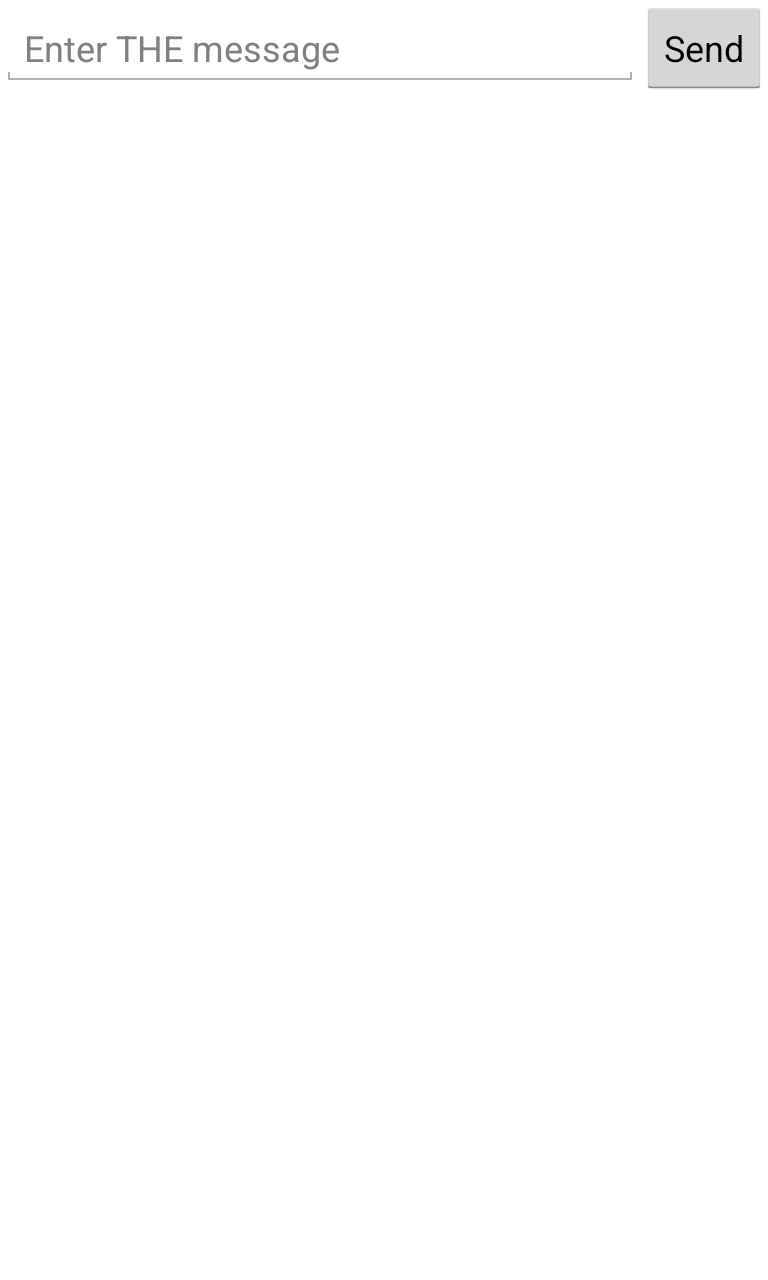
Repository: TabTabTab/WorkspaceAndroid
Layout: AndroidTest/res/layout/activity_main.xml
These files come from the project's save history. The layout is drawn as it stood at one moment and after the next save; the edit follows.
It is drawn on a 768 x 1280 px phone screen (xhdpi) without system bars, with theme AppTheme; the app's code is not run.

Above is the layout before, as saved 2013-02-13 20:01:43.

After the next save:
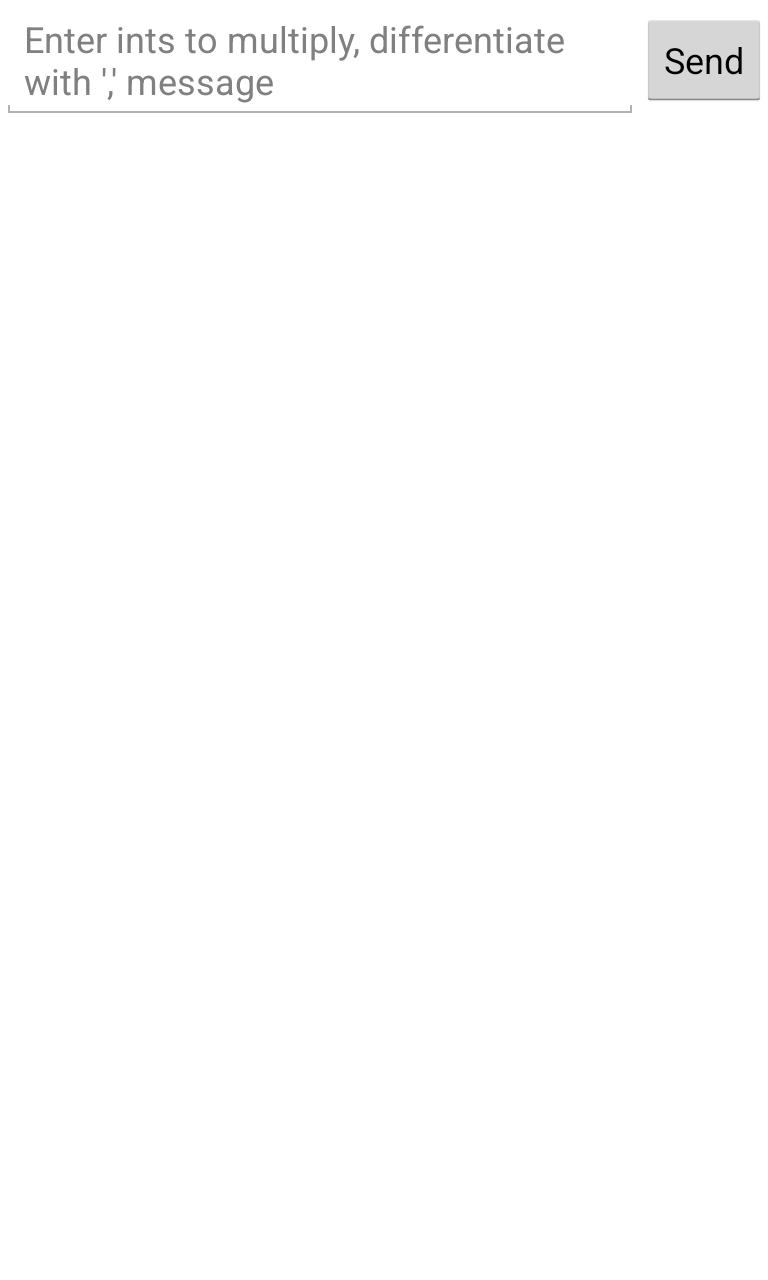
Saved 19 min 39 s later.
--- a/AndroidTest/res/values/strings.xml
+++ b/AndroidTest/res/values/strings.xml
@@ -4,7 +4,7 @@
     <string name="app_name">AndroidTest</string>
     <string name="hello_world">Hello world!</string>
     <string name="menu_settings">Settings</string>
-    <string name="edit_message">Enter THE message</string>
+    <string name="edit_message">Enter ints to multiply, differentiate with ',' message</string>
     <string name="button_send">Send</string>
     <string name="title_activity_display_message">MyMessage</string>
 
